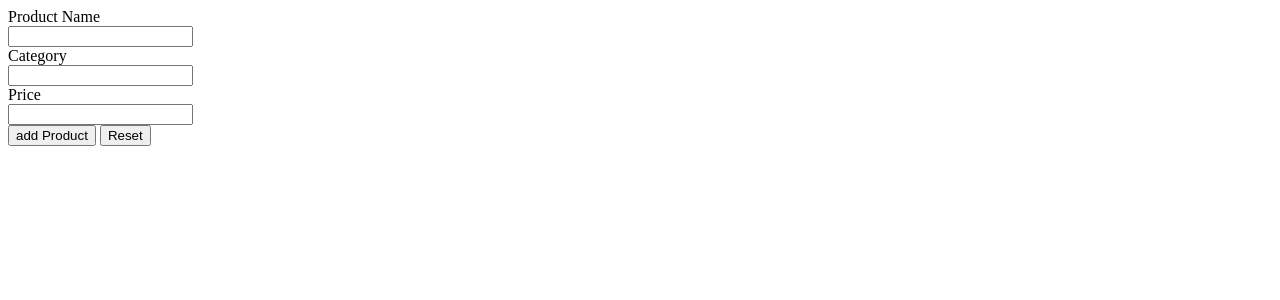
Repository: patramanik/java_ORM_Hibernate
Page: http://localhost/HD19/addproduct.jsp
These files come from the project's save history. The page is drawn as it stood at one moment and after the next save; the edit follows.
The browser window is 1280 px wide. The pictures show the whole page.
The page is served by Tomcat 9. Nobody is signed in. The application's start-up code is not run.

Above is the page before, as saved 2025-04-09 18:41:22.

After the next save:
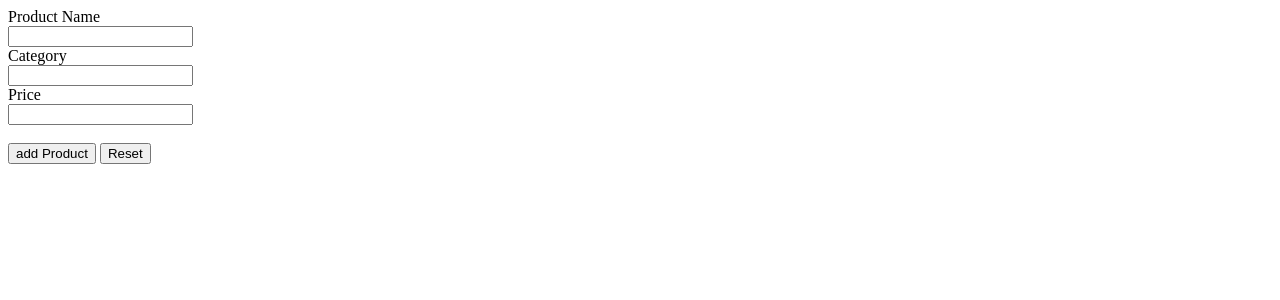
Saved 34 s later.
--- a/HD19/src/main/webapp/addproduct.jsp
+++ b/HD19/src/main/webapp/addproduct.jsp
@@ -15,7 +15,7 @@
 	  <label>Category</label><br>
 	  <input type="text" name="category"><br>
 	  <label>Price</label><br>
-	  <input type="text" name="price"><br>
+	  <input type="text" name="price"><br><br>
 	  <input type="submit" value="add Product">
 	  <input type="reset">
 	</form>
